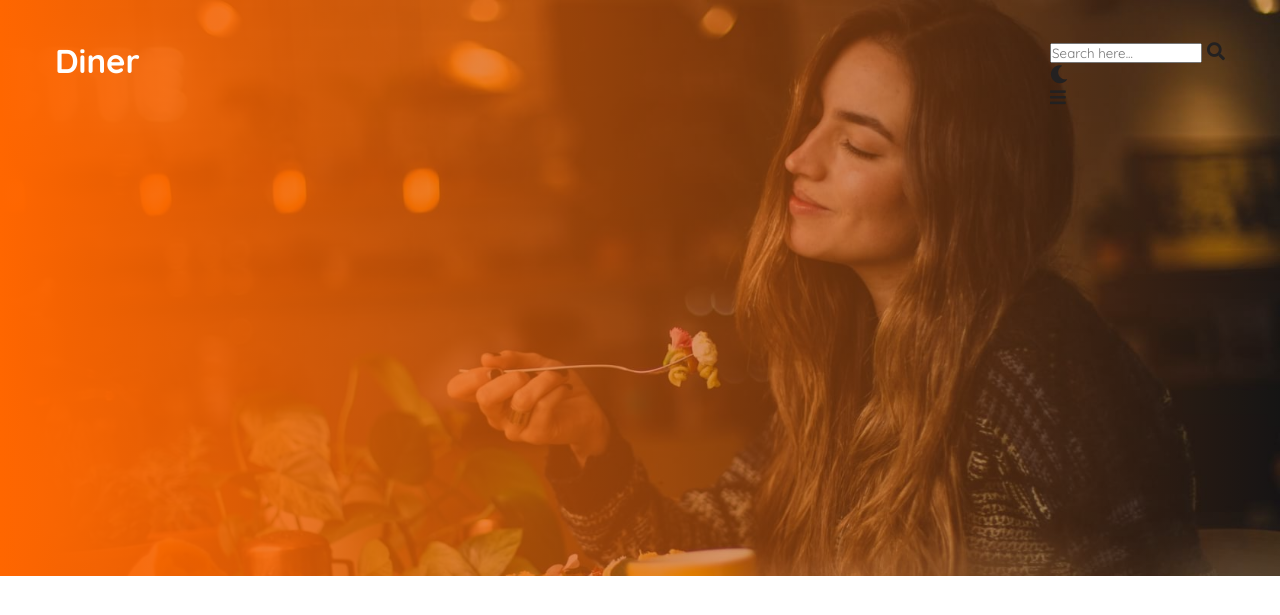
Repository: baobaodeveloper/bootscap21_project_AnhBao_VietToan_VietDuc
Page: index.html
These files come from the project's save history. The page is drawn as it stood at one moment and after the next save; the edit follows.
The browser window is 1280 px wide. The pictures show the whole page.

Above is the page before, as saved 2022-03-02 22:55:37.

After the next save:
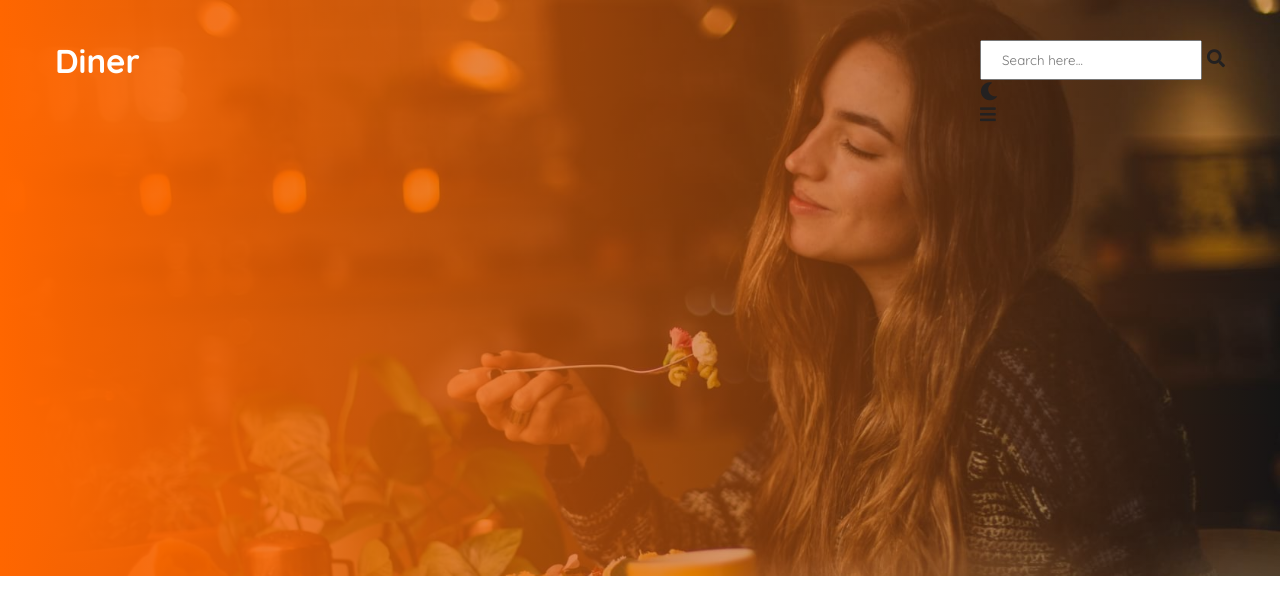
Saved 24 s later.
--- a/style.css
+++ b/style.css
@@ -79,4 +79,8 @@ body {
 .navbar__search {
   position: relative;
 }
+
+.navbar__search input {
+  padding: 1rem 5rem 1rem 2rem;
+}
 /* header section ends */
